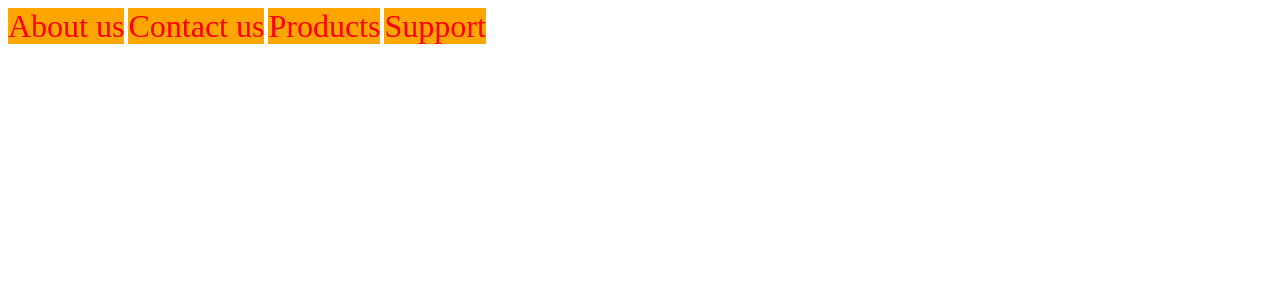
Repository: SrikanthGadde/MaGE-JavaFS
Page: Week-1/Sept1/HTML&CSS/WebContent/Test.html
The author's editor kept a copy of each file at every save. The page is drawn from the files as they stood at one save, then again after the next save.
The browser window is 1280 px wide. The pictures show the whole page.

Above is the page before, as saved 2020-09-01 07:25:45.

### Week-1/Sept1/HTML&CSS/WebContent/Test.html
<!DOCTYPE html>
<html>
<head>
<!-- <meta charset="ISO-8859-1"> -->
<title>Insert title here</title>
 <!-- Property: Value-->
<style>
	a:hover {
  background-color: yellow;
  color: blue
}
	a{
		background-color: orange;
		color: red;
		text-align: justify;
		font-size: xx-large;
	}
</style>
</head>
<body>
<div>
	<a>About us</a>
	<a>Contact us</a>
	<a>Products</a>
	<a>Support</a>
</div>
</body>
</html>

After the next save:
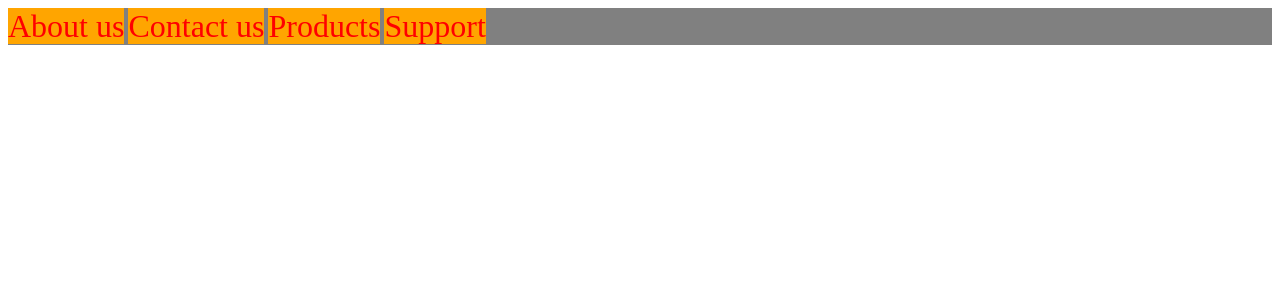
Saved 19 s later.
--- a/Week-1/Sept1/HTML&CSS/WebContent/Test.html
+++ b/Week-1/Sept1/HTML&CSS/WebContent/Test.html
@@ -18,7 +18,7 @@
 </style>
 </head>
 <body>
-<div>
+<div style="background:gray">
 	<a>About us</a>
 	<a>Contact us</a>
 	<a>Products</a>

After the 2 saves that followed:
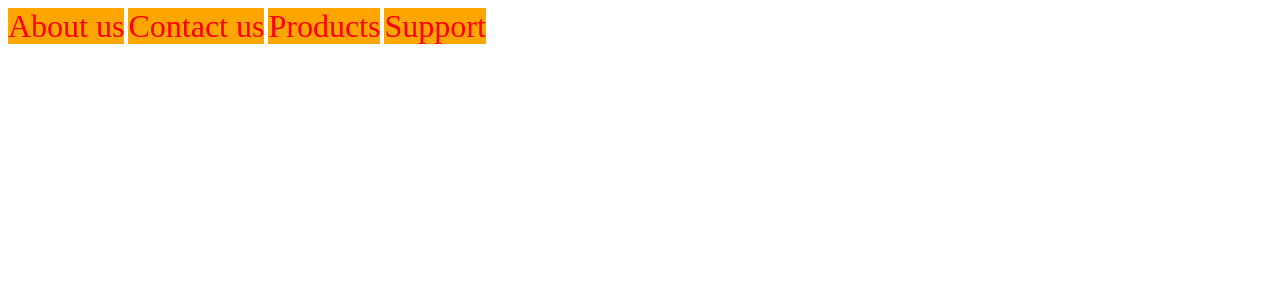
The 2 saves are shown as one change because 1 left the picture as it was.
The last was saved 47 s later.
--- a/Week-1/Sept1/HTML&CSS/WebContent/Test.html
+++ b/Week-1/Sept1/HTML&CSS/WebContent/Test.html
@@ -18,7 +18,7 @@
 </style>
 </head>
 <body>
-<div style="background:gray">
+<div style="align-items:center">
 	<a>About us</a>
 	<a>Contact us</a>
 	<a>Products</a>
